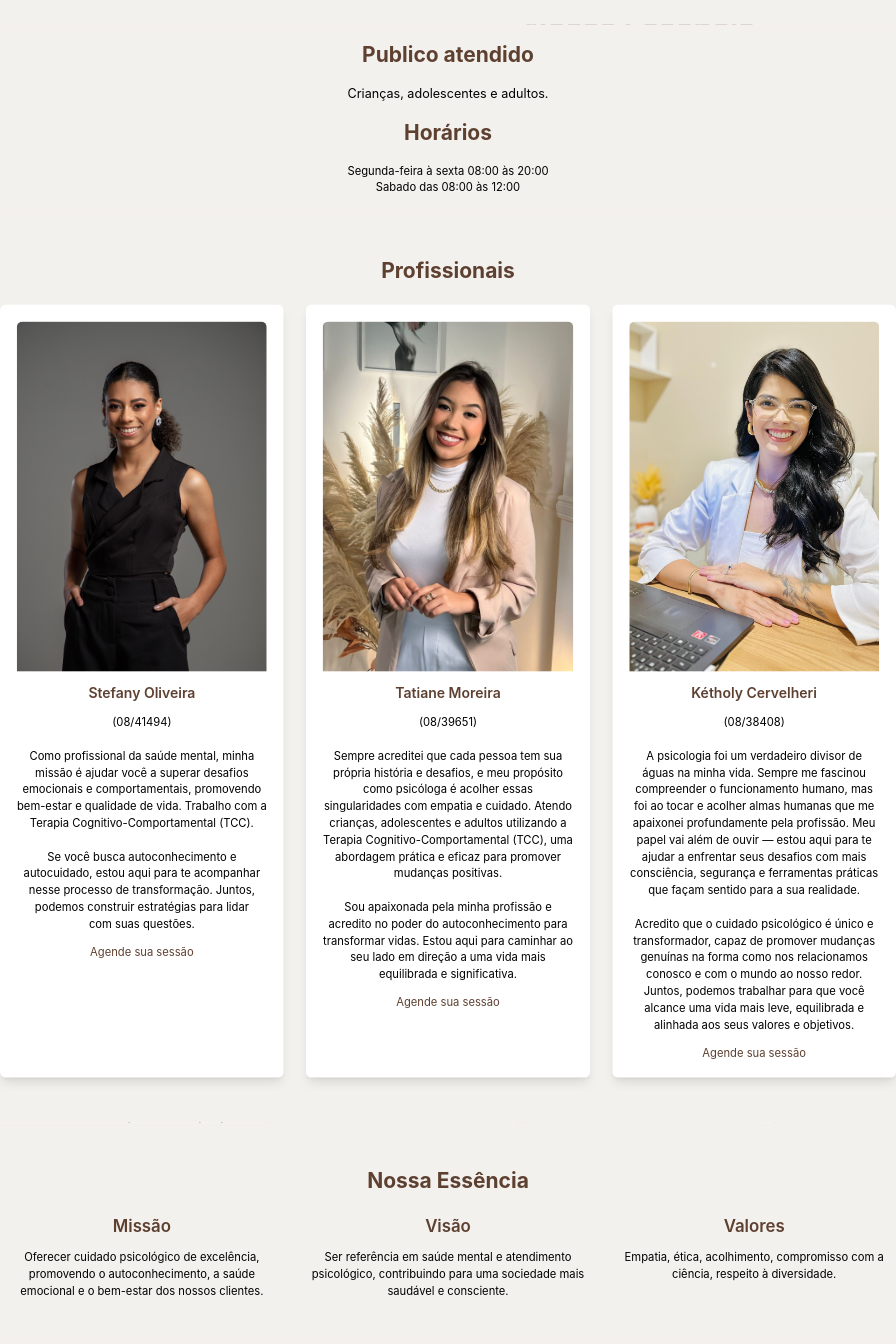
Repository: Mcervelheri/Nous
Page: /
An editor plug-in stored every save of this project. The page is shown before and after the next save, followed by the edit.
The browser window is 1280 px wide. The pictures show the part of the page from y = 1188 to 3108 px (the page is 3108 px tall), at 70% of full size.
The project was rebuilt for these pictures with package versions that can differ from the ones it lists, and the page was loaded fresh each time. Also part of the build but not shown: vite.config.js.

Above is the page before, as saved 2025-02-20 20:13:51.

After the next save:
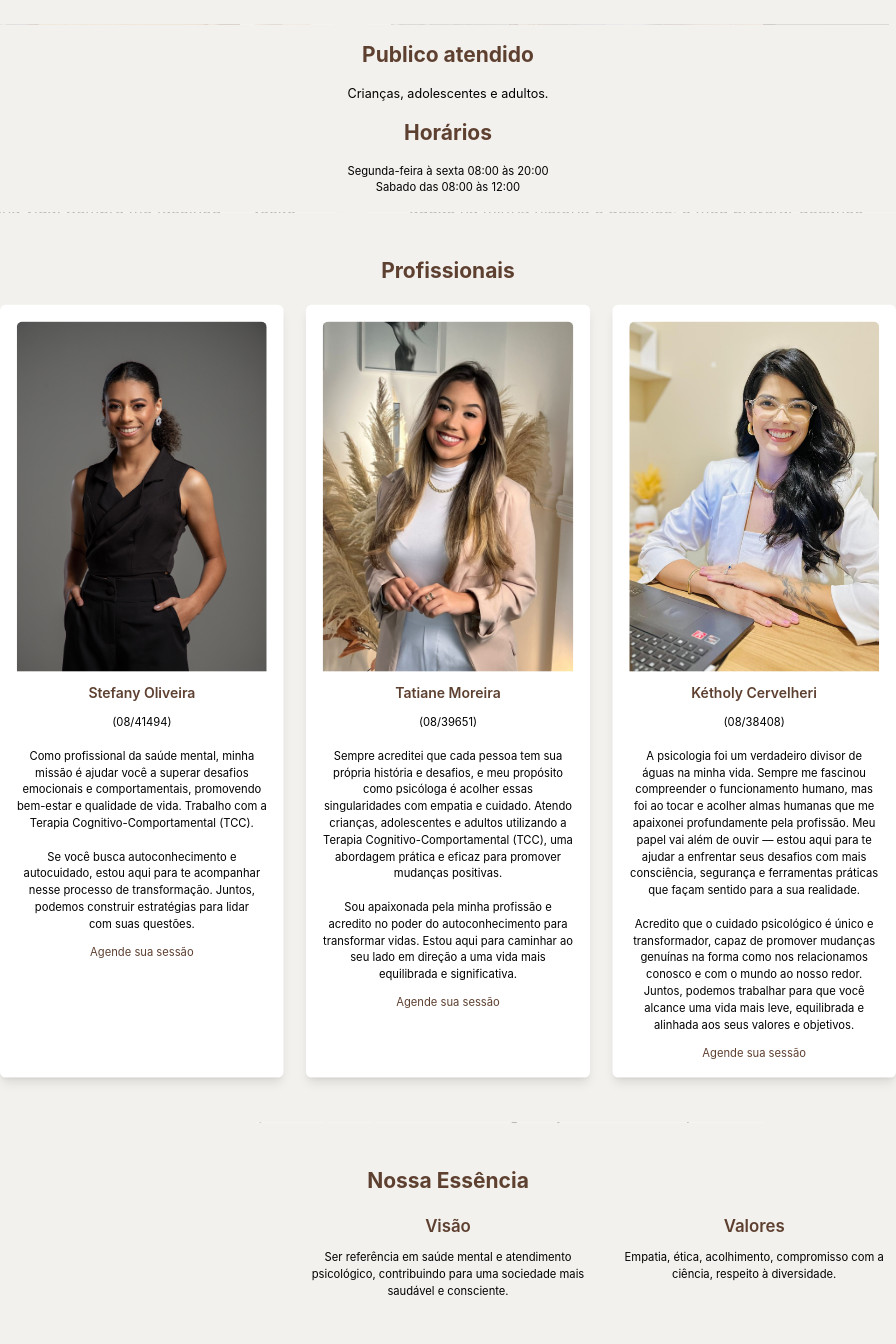
Saved 16 s later.
--- a/src/components/Essence.jsx
+++ b/src/components/Essence.jsx
@@ -9,12 +9,7 @@ const Mission = () => {
           Nossa Essência
         </h2>
         <div className="grid md:grid-cols-3 gap-8">
-          <EssenceItens
-            item="Missão"
-            text="Oferecer cuidado psicológico de excelência, promovendo o
-              autoconhecimento, a saúde emocional e o bem-estar dos nossos
-              clientes."
-          />
+          <EssenceItens />
           <div>
             <h3 className="text-2xl font-semibold mb-4 text-[#5e4031]">
               Visão
